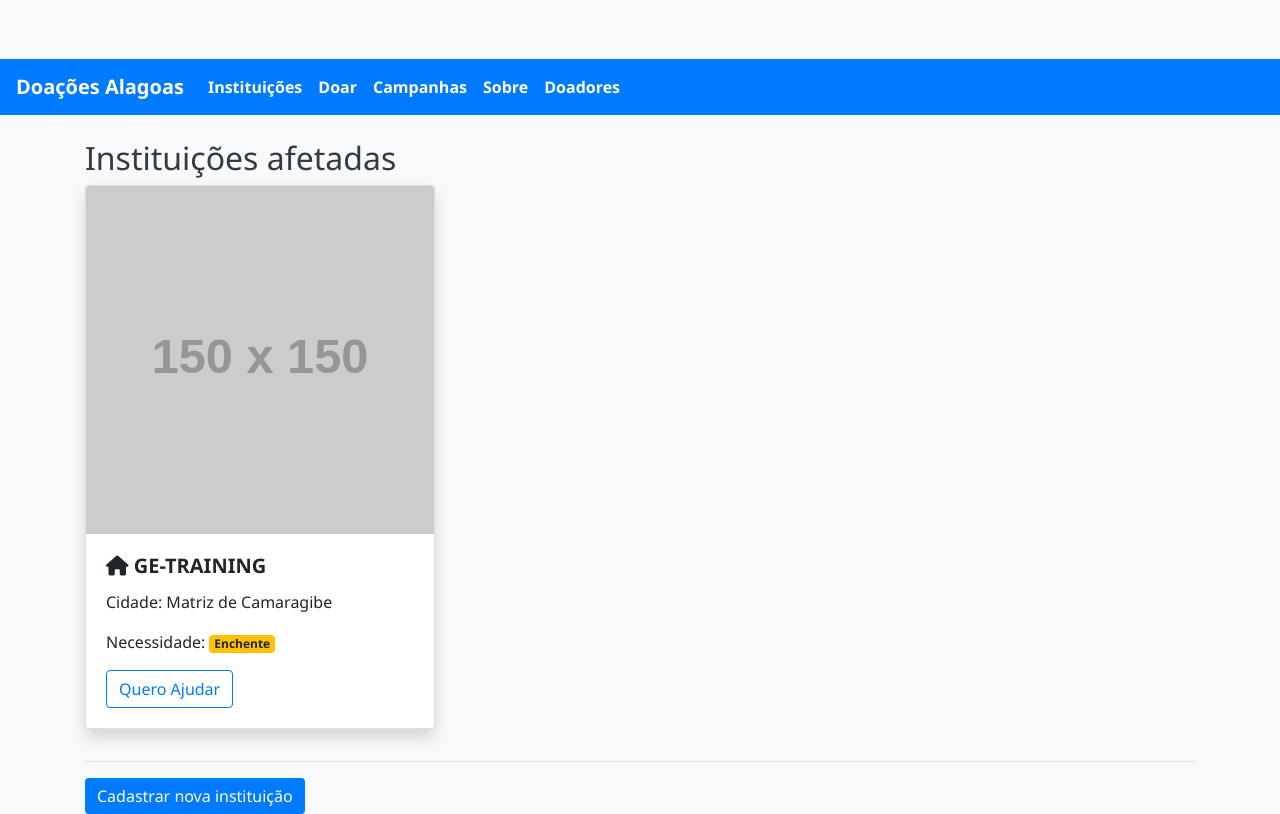
Repository: rafaelcrb/mvp-doacoes-alagoas
Page: http://localhost/instituicoes
An editor plug-in stored every save of this project. The page is shown before and after the next save, followed by the edit.
The browser window is 1280 px wide. The pictures show the whole page.
The page is served by the project's application, run on Flask 3 (app.py). The page reads the database file committed with the project.

Above is the page before, as saved 2025-05-26 22:11:35.
Console error: ReferenceError: $ is not defined

After the next save:
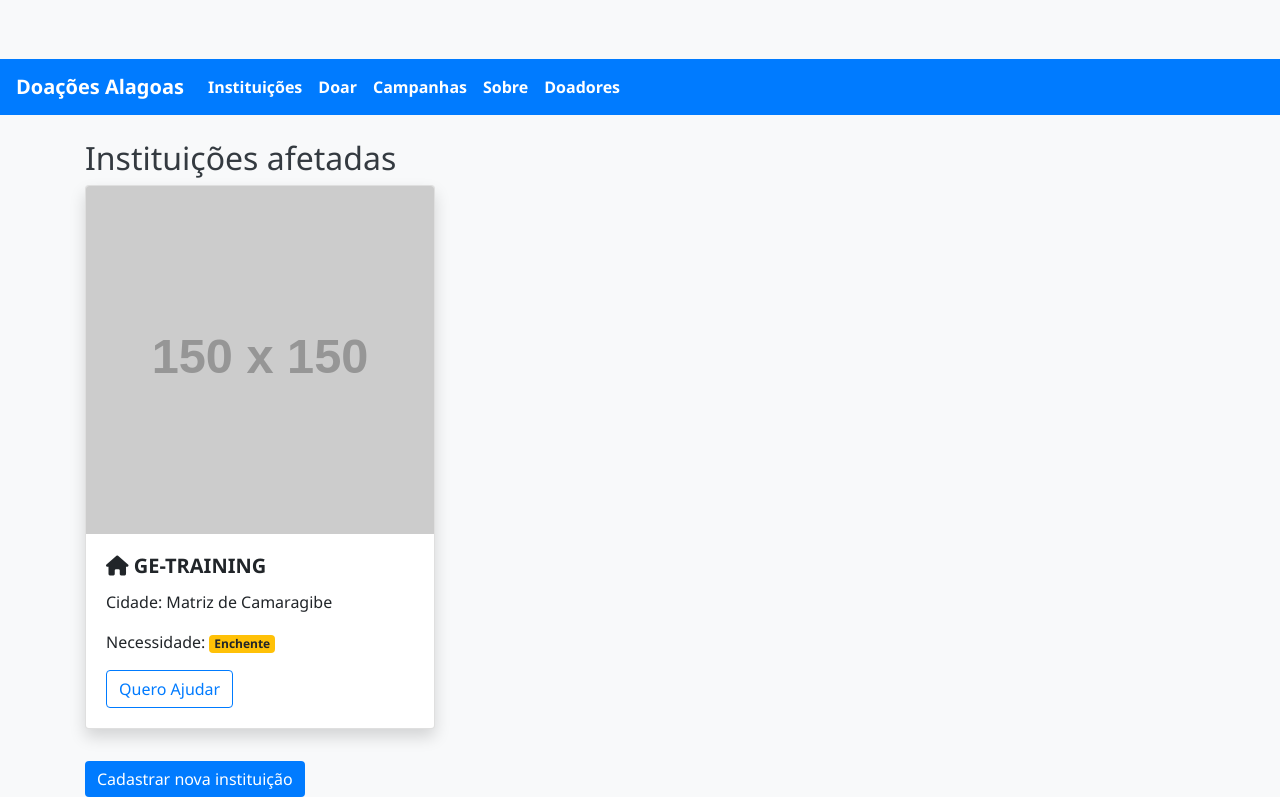
Saved 9 h 21 min later.
--- a/templates/instituicoes.html
+++ b/templates/instituicoes.html
@@ -21,11 +21,9 @@
   {% endfor %}
 </div>
 
+<button class="btn btn-primary mt-3" data-toggle="modal" data-target="#cadastroModal">Cadastrar nova instituição</button>
 
-<hr>
-
-<button class="btn btn-primary" data-toggle="modal" data-target="#cadastroModal">Cadastrar nova instituição</button>
-
+<!-- Modal -->
 <div class="modal fade" id="cadastroModal" tabindex="-1">
   <div class="modal-dialog">
     <div class="modal-content">
